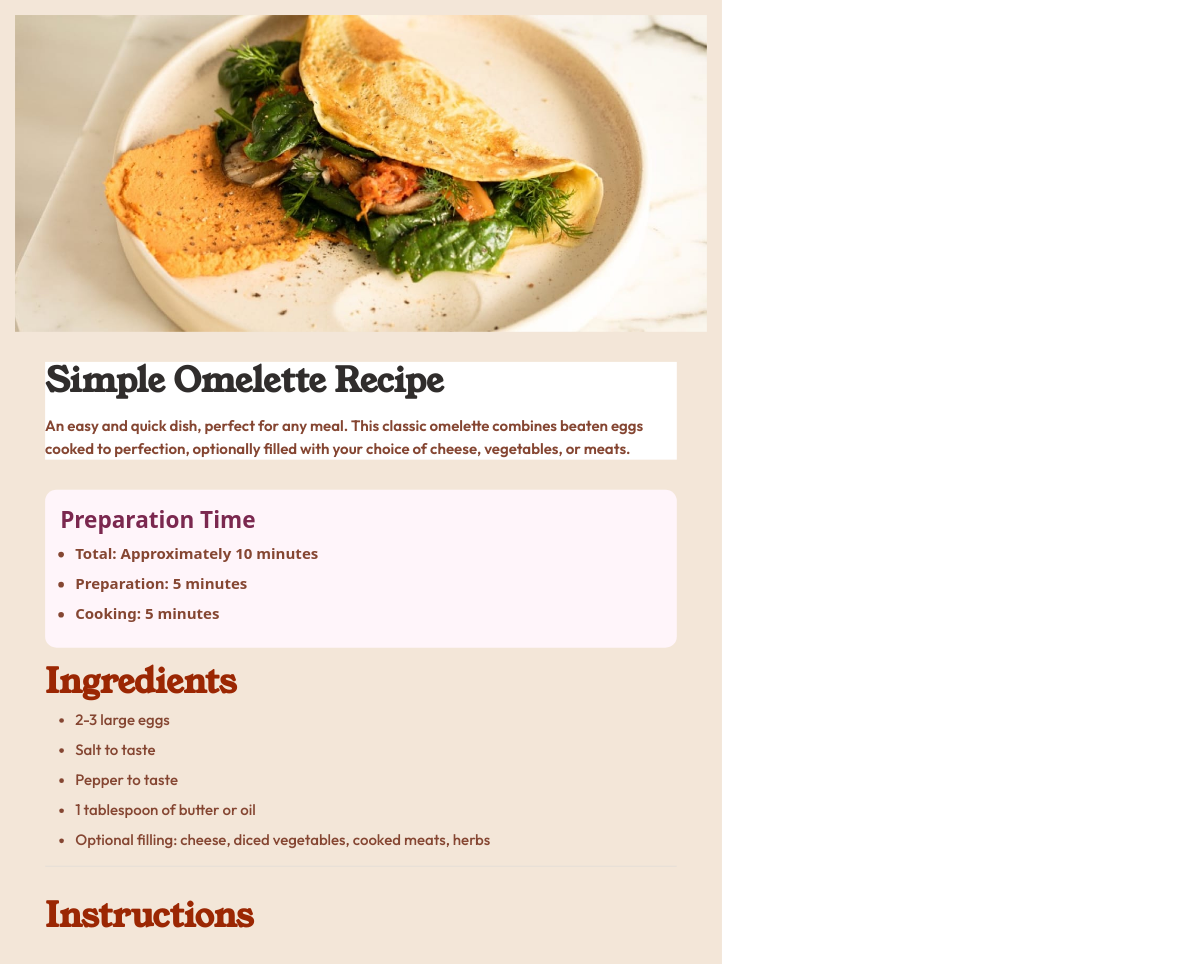
Repository: nivrii/recipe-page-main
Page: /
An editor plug-in stored every save of this project. The page is shown before and after the next save, followed by the edit.
The browser window is 1280 px wide. The pictures show the whole page, at 94% of full size.
The project was rebuilt for these pictures with package versions that can differ from the ones it lists, and the page was loaded fresh each time. Also part of the build but not shown: vite.config.js, src/index.css.

Above is the page before, as saved 2024-03-23 15:41:25.

After the next save:
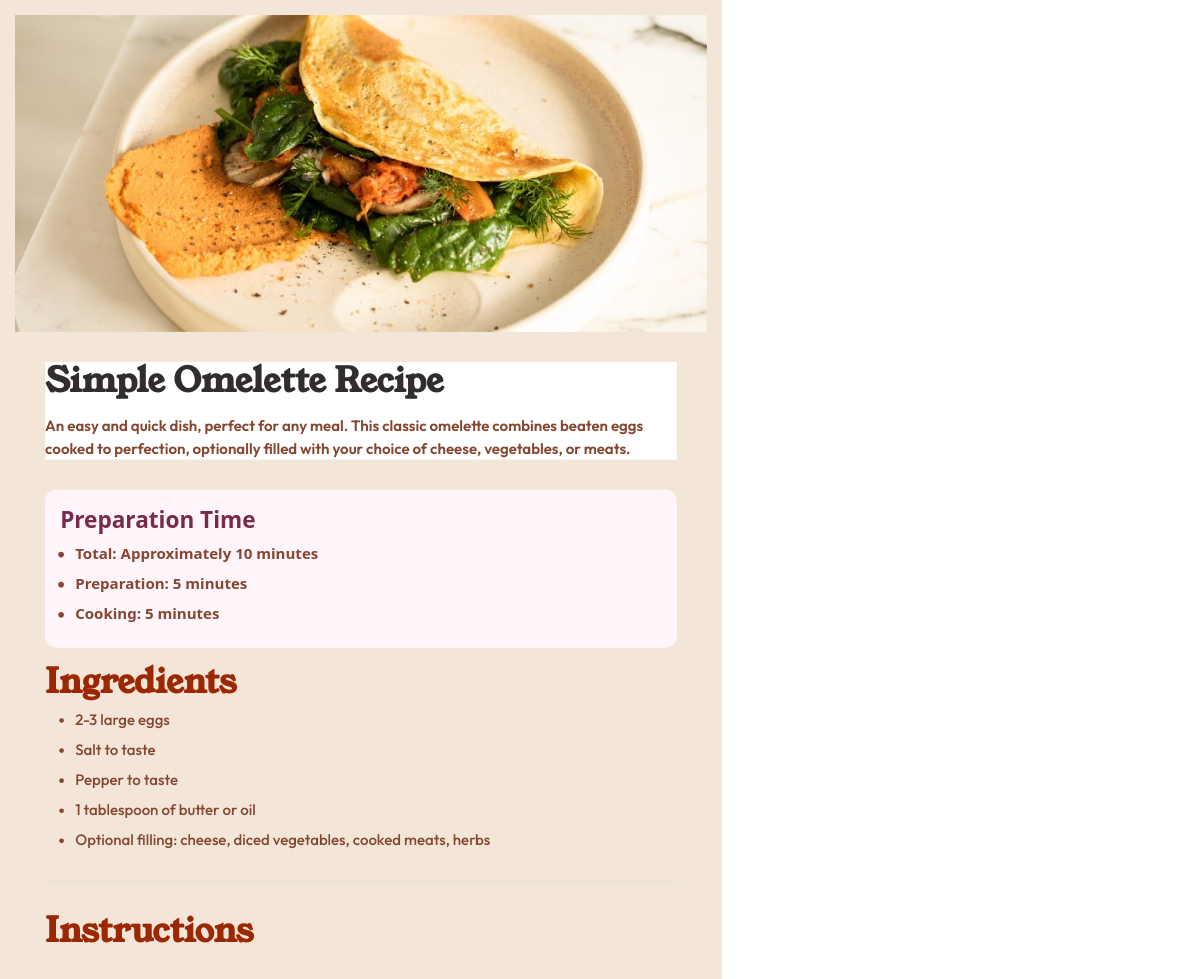
Saved 53 s later.
--- a/src/App.jsx
+++ b/src/App.jsx
@@ -39,7 +39,7 @@ function App() {
           <h1 className="text-left text-nutmegLight text-4xl font-bold font-young ">
             Ingredients
           </h1>
-          <ul className="list-disc px-4 font-outfit my-2 mx-4 text-nutmeg font-medium space-y-2">
+          <ul className="list-disc px-4 font-outfit mt-2 mb-8 mx-4 text-nutmeg font-medium space-y-2">
             <li>2-3 large eggs</li>
             <li>Salt to taste</li>
             <li>Pepper to taste</li>
